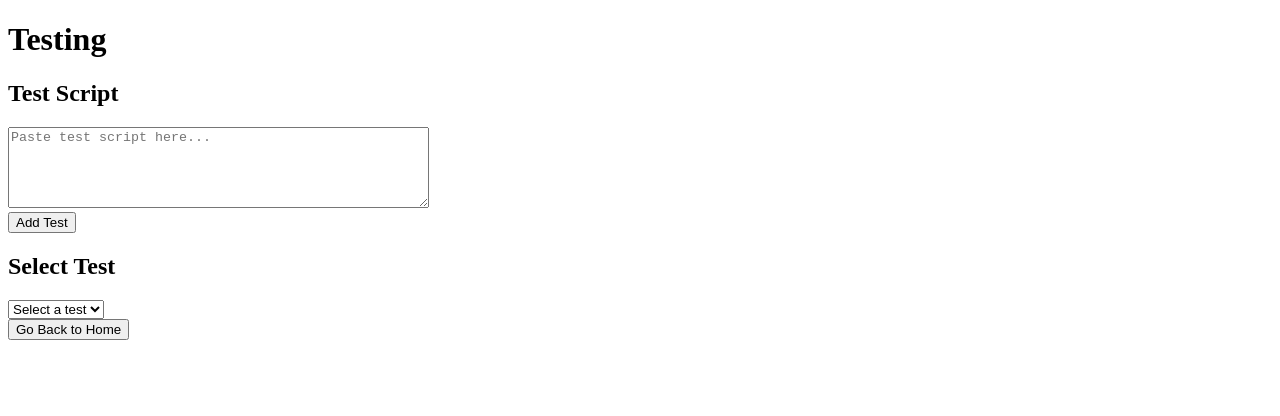
Repository: Adeolaode0/Audit-Flow-AI
Page: http://localhost/testing
An editor plug-in stored every save of this project. The page is shown before and after the next save, followed by the edit.
The browser window is 1280 px wide. The pictures show the whole page.
The page is served by the project's application, run on Flask 3 (app.py).

Above is the page before, as saved 2025-07-11 01:22:13.

### templates/testing.html
<!DOCTYPE html>
<html lang="en">
<head>
    <meta charset="UTF-8">
    <meta name="viewport" content="width=device-width, initial-scale=1.0">
    <title>Testing</title>
</head>
<body>
    <h1>Testing</h1>

    <section>
        <h2>Test Script</h2>
        <textarea id="test-script" rows="5" cols="50" placeholder="Paste test script here..."></textarea><br>
        <button onclick="addTest()">Add Test</button>
    </section>

    <section>
        <h2>Select Test</h2>
        <select id="test-dropdown">
            <option value="" disabled selected>Select a test</option>
            <!-- Dropdown options will be dynamically added -->
        </select>
    </section>

    <section>
        <button onclick="goHome()">Go Back to Home</button>
    </section>

    <script>
        const testDropdown = document.getElementById("test-dropdown");

        function addTest() {
            const testScript = document.getElementById("test-script").value;
            if (testScript) {
                const option = document.createElement("option");
                option.text = testScript;
                testDropdown.add(option);
                document.getElementById("test-script").value = ""; // Clear the textarea
            } else {
                alert("Please enter a test script.");
            }
        }

        function goHome() {
            window.location.href = "/";
        }
    </script>
</body>
</html>

### app.py
from flask import Flask, request, jsonify, render_template
import openai
import os
from dotenv import load_dotenv

# Load environment variables
load_dotenv()
openai.api_key = os.getenv("OPENAI_API_KEY")

app = Flask(__name__)

@app.route("/")
def index():
    return render_template("index.html")

@app.route("/testing")
def testing():
    return render_template("testing.html")

@app.route("/api/explain", methods=["POST"])
def explain_control():
    try:
        data = request.json
        control_description = data.get("control_description", "")

        if not control_description:
            return jsonify({"error": "Control description is required"}), 400

        response = openai.ChatCompletion.create(
            model="gpt-4",
            messages=[
                {"role": "system", "content": "You are a helpful assistant that explains concepts in simple terms."},
                {"role": "user", "content": f"Explain the following control description in a way a 5th grader can understand: {control_description}"}
            ]
        )

        explanation = response["choices"][0]["message"]["content"]
        return jsonify({"explanation": explanation})

    except Exception as e:
        return jsonify({"error": str(e)}), 500

@app.route("/api/rewrite-walkthrough", methods=["POST"])
def rewrite_walkthrough():
    try:
        data = request.json
        control_description = data.get("control_description", "")
        walkthrough_discussion = data.get("walkthrough_discussion", "")

        if not control_description or not walkthrough_discussion:
            return jsonify({"error": "Both control description and walkthrough discussion are required"}), 400

        response = openai.ChatCompletion.create(
            model="gpt-4",
            messages=[
                {"role": "system", "content": "You are a helpful assistant that rewrites discussions into clean audit narratives."},
                {"role": "user", "content": f"Rewrite the following walkthrough discussion into a clean audit narrative based on this control description:\n\nControl Description: {control_description}\n\nWalkthrough Discussion: {walkthrough_discussion}"}
            ]
        )

        narrative = response["choices"][0]["message"]["content"]
        return jsonify({"narrative": narrative})

    except Exception as e:
        return jsonify({"error": str(e)}), 500

if __name__ == "__main__":
    print("Starting Flask app...")
    app.run(host="0.0.0.0", port=5000, debug=True)

After the next save:
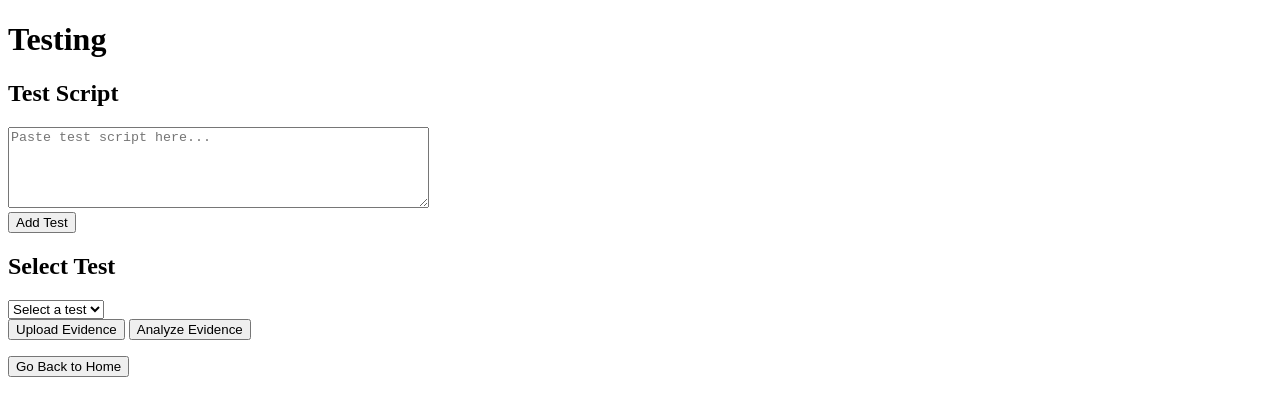
Saved 3 min 22 s later.
--- a/templates/testing.html
+++ b/templates/testing.html
@@ -19,7 +19,11 @@
         <select id="test-dropdown">
             <option value="" disabled selected>Select a test</option>
             <!-- Dropdown options will be dynamically added -->
-        </select>
+        </select><br>
+        <button onclick="uploadEvidence()">Upload Evidence</button>
+        <input type="file" id="evidence-file" style="display:none;" onchange="analyzeEvidence()">
+        <button onclick="analyzeEvidence()">Analyze Evidence</button>
+        <p id="analysis-result"></p>
     </section>
 
     <section>
@@ -41,6 +45,32 @@
             }
         }
 
+        function uploadEvidence() {
+            const evidenceInput = document.getElementById("evidence-file");
+            evidenceInput.click(); // Trigger file upload dialog
+        }
+
+        async function analyzeEvidence() {
+            const fileInput = document.getElementById("evidence-file");
+            const selectedFile = fileInput.files[0];
+
+            if (!selectedFile) {
+                alert("Please upload evidence first.");
+                return;
+            }
+
+            const formData = new FormData();
+            formData.append("evidence", selectedFile);
+
+            const response = await fetch("/api/analyze-evidence", {
+                method: "POST",
+                body: formData
+            });
+
+            const result = await response.json();
+            document.getElementById("analysis-result").innerText = result.analysis || result.error;
+        }
+
         function goHome() {
             window.location.href = "/";
         }
